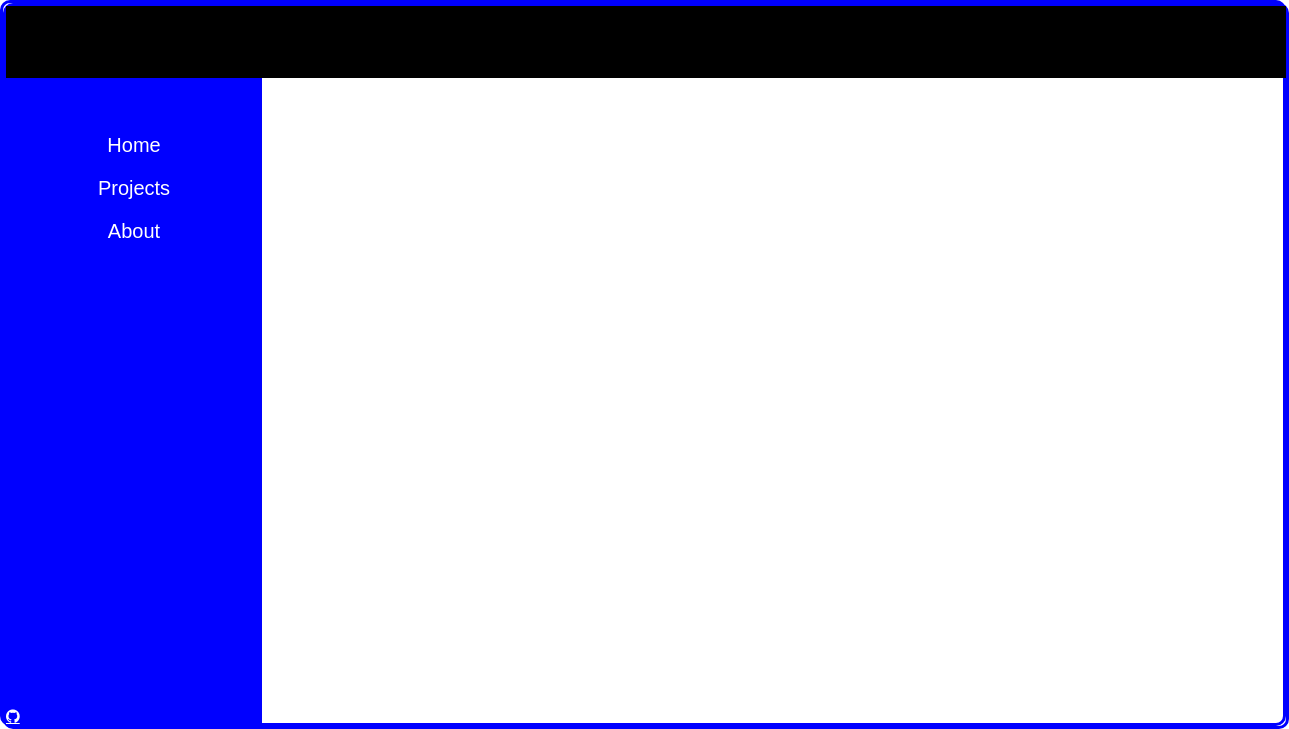
Repository: josephinel6/josephinel6.github.io
Page: index.html
An editor plug-in stored every save of this project. The page is shown before and after the next save, followed by the edit.
The browser window is 1280 px wide. The page is 1289 px wide, so the pictures cover 1289 px, including what lies to the right of the window. The pictures show the whole page.

Above is the page before, as saved 2023-04-04 10:49:08.

### index.html
<!DOCTYPE html>
<html>

<head>
    <style>
        :root.light {
            --color-bg: white;
            --color-menu-text: black;
        }

        :root.dark {
            --color-bg: black;
            --color-menu-text: white;
        }

        /* :root {
            --color-bg: black;
        } */

        html,
        body {
            height: 100%;
            width: 100%;
            margin: 0;
            position: relative;
            border-color: blue;
            border-radius: 10px;
            border-style: solid;
            padding: 0;
        }

        #menu {
            height: 100%;
            width: 20%;
            position: absolute;
            z-index: 0;
            top: 1;
            bottom: 0;
            background-color: blue;
        }

        #topbar {
            width: 100%;
            height: 10%;
            background-color: red;
            position: absolute;
            background-color: var(--color-bg);
        }

        .menutext {
            color: var(--color-menu-text);
            font-family: sans-serif;
            font-size: 20px;
        }

        .fa-github {
            color: var(--color-menu-text);
        }
    </style>
    <link rel="stylesheet" href="https://cdnjs.cloudflare.com/ajax/libs/font-awesome/4.7.0/css/font-awesome.min.css">
    <script type="module" src="https://cdn.jsdelivr.net/gh/zerodevx/zero-md@2/dist/zero-md.min.js"></script>
</head>

<body>
    <div id="menu">
        <div>
            <CENTER>
                <p class="menutext" style="margin-top: 50%"> Home </p>
                <p class="menutext"> Projects </p>
                <p class="menutext"> About </p>
            </CENTER>
        </div>
        <CENTER>
            <div style="position: absolute; bottom:0">
                <a href="https://github.com/josephinel6" class="fa fa-github"></a>
            </div>
        </CENTER>
    </div>
    <div id="topbar">

    </div>
    <script>
        window.onload = function () {
            document.documentElement.classList.remove("light")
            document.documentElement.classList.add("dark")
            window.localStorage.setItem('mode', 'dark');
            console.log("dark")
        }

        function openpage(pageName, elmnt) {
            var i, tabcontent, tablinks;
            tabcontent = document.getElementsByClassName("tabcontent");
            for (i = 0; i < tabcontent.length; i++) {
                tabcontent[i].style.display = "none";
            }
            tablinks = document.getElementsByClassName("tablink");
            for (i = 0; i < tablinks.length; i++) {
                tablinks[i].style.backgroundColor = "";
            }
            document.getElementById(pageName).style.display = "block";

            document.body.scrollTop = 0;
            document.documentElement.scrollTop = 0;
            console.log("ducks")
        }
    </script>

</body>

</html>

After the next save:
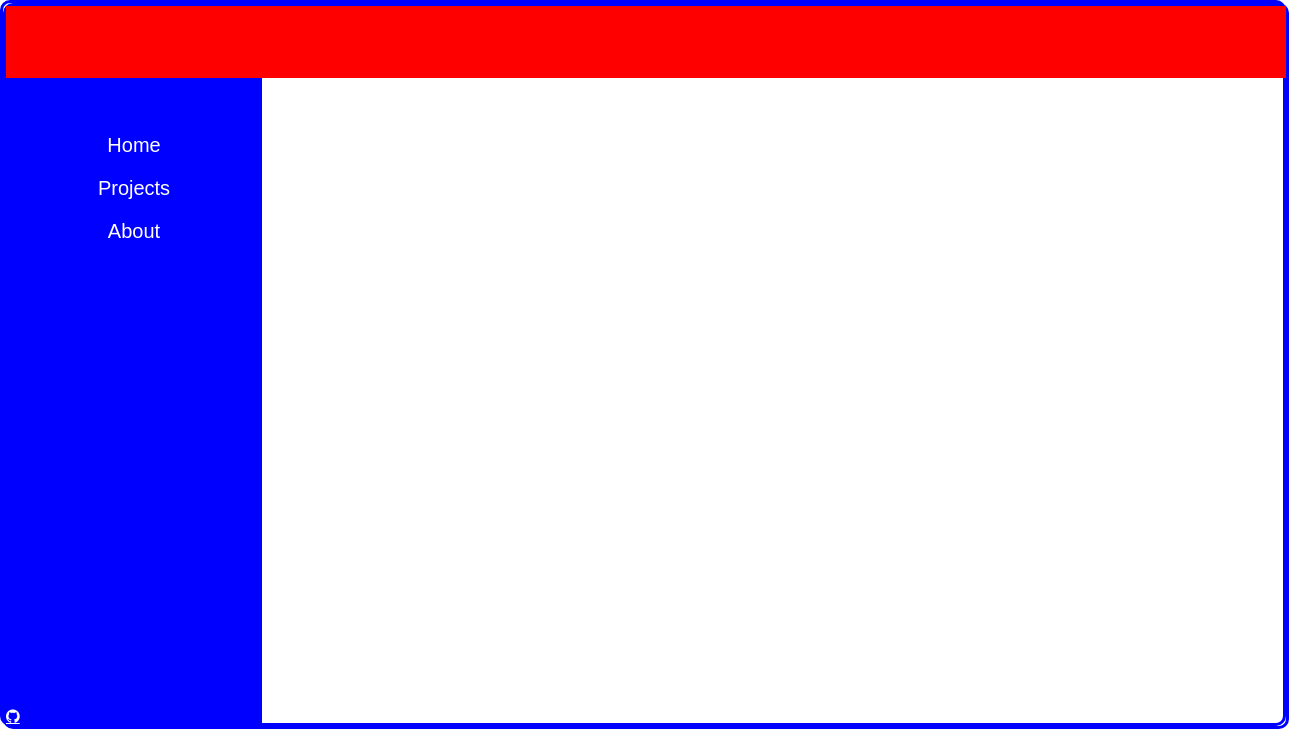
Saved 7 s later.
--- a/index.html
+++ b/index.html
@@ -44,7 +44,6 @@
             height: 10%;
             background-color: red;
             position: absolute;
-            background-color: var(--color-bg);
         }
 
         .menutext {
